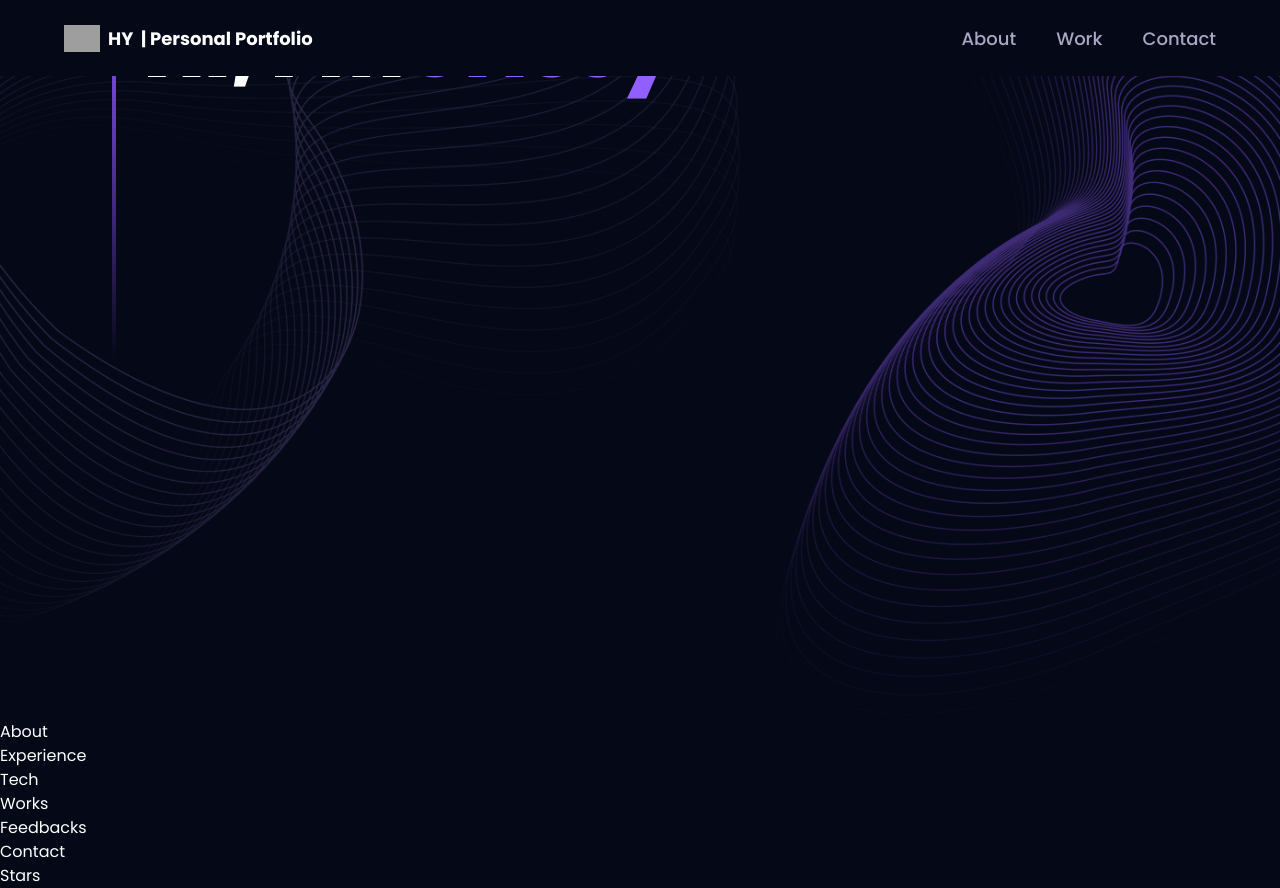
Repository: huiyyee/3d_portfolio
Page: /
The author's editor kept a copy of each file at every save. The page is drawn from the files as they stood at one save, then again after the next save.
The browser window is 1280 px wide. The pictures show the whole page.
Pictures or frames that could not be fetched are drawn as grey boxes. The project was rebuilt for these pictures with package versions that can differ from the ones it lists, and the page was loaded fresh each time. Also part of the build but not shown: vite.config.js, src/components/canvas/Earth.jsx, src/components/canvas/Ball.jsx, src/components/canvas/Computers.jsx.

Above is the page before, as saved 2024-10-10 23:31:43.

After the next save:
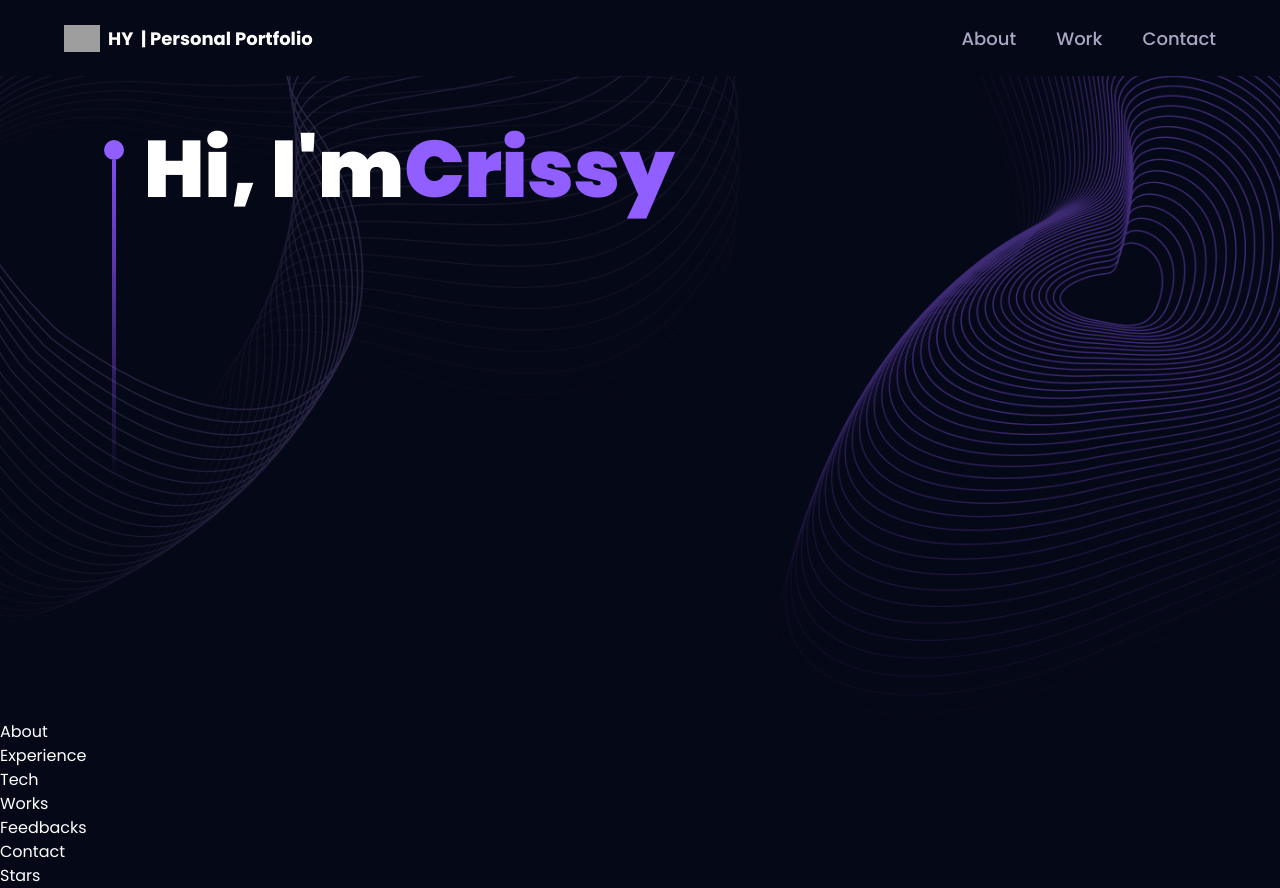
Saved 32 s later.
--- a/src/components/Hero.jsx
+++ b/src/components/Hero.jsx
@@ -4,7 +4,7 @@ import { ComputersCanvas } from './canvas';
 
 const Hero = () => {
   return (
-    <section className='relative w-full h-screen mx-auto'>
+    <section className='relative w-full h-screen mx-auto pt-[120px]'>
       <div className={`${styles.paddingX}absolute
       inset-0 top-[200px] max-w-7xl mx-10 flex flex-row items-start gap-5`}>
         <div className="flex flex-col
